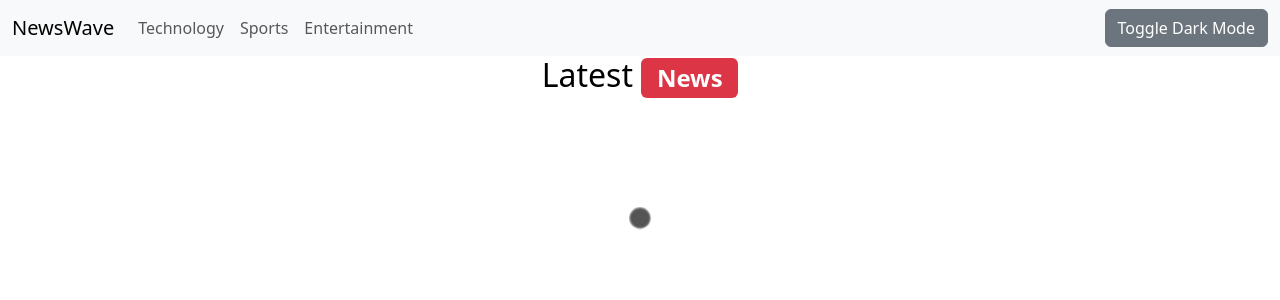
Repository: PranjalTripathi2003/news-wave
Page: /
The author's editor kept a copy of each file at every save. The page is drawn from the files as they stood at one save, then again after the next save.
The browser window is 1280 px wide. The pictures show the whole page.
The page's requests for data from a server got no answer. The project was rebuilt for these pictures with package versions that can differ from the ones it lists, and the page was loaded fresh each time. No one was signed in, and anything a server would have sent is missing. Also part of the build but not shown: vite.config.js, src/styles/NewsItem.css, src/components/NewsItem.jsx.

Above is the page before, as saved 2024-07-26 11:46:36.

After the next save:
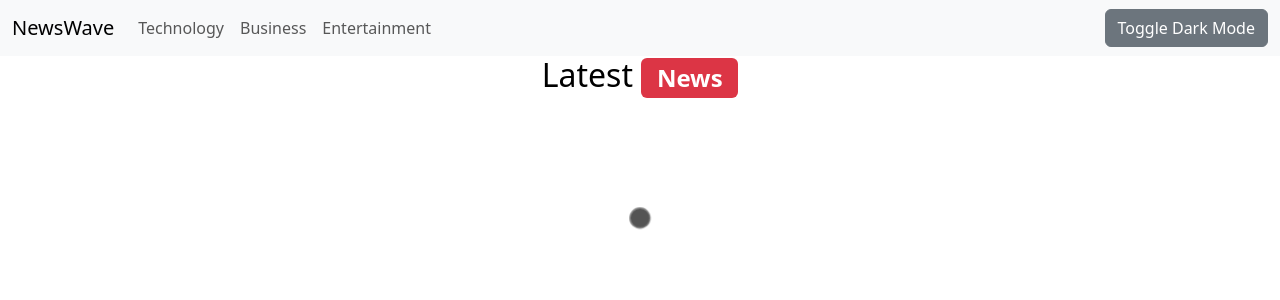
Saved 5 s later.
--- a/src/components/Navbar.jsx
+++ b/src/components/Navbar.jsx
@@ -28,7 +28,7 @@ const Navbar = ({ setCategory, toggleDarkMode }) => {
             </li>
             <li className="nav-item">
               <div className="nav-link" onClick={() => setCategory("business")}>
-                Sports
+                Business
               </div>
             </li>
             <li className="nav-item">
